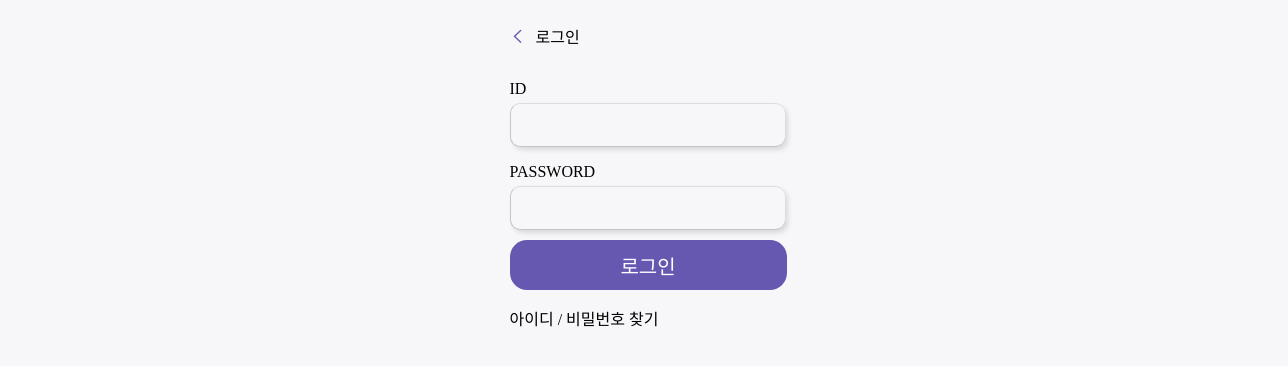
Repository: PEPI-dev/UI
Page: login/login.html
An editor plug-in stored every save of this project. The page is shown before and after the next save, followed by the edit.
The browser window is 1280 px wide. The page is 1288 px wide, then 1280 px, then 1288 px, so the pictures cover 1288 px, including what lies to the right of the window. The pictures show the whole page.
Some web fonts or font styles are not loaded; a fallback is used.

Above is the page before, as saved 2023-12-04 17:07:54.

### login/login.html
<!DOCTYPE html>
<html lang="en">
<head>
    <meta charset="UTF-8">
    <meta name="viewport" content="width=device-width, initial-scale=1.0">
    <title>Login</title>
    <link rel="stylesheet" href="./login.css">
    <link rel ="stylesheet" type="text/css" href="../a_XEIcon-2.2.0/xeicon.min.css">
</head>
<body>

    </div>
    <form action="#">
        <div id="div_back"><i class="xi-angle-left" id="back"></i><p id="txt_login">로그인</p></div>
        <p class="input_form"><label for="ID" class="txt_input">ID</label><input class="field" id="ID"></input></p>
        <p class="input_form"><label for="password" class="txt_input">PASSWORD</label><input class="field" id="password" type="password" ></input></p>
        <button id="login">로그인</button>
        <p class="find_id">아이디 / 비밀번호 찾기</p>
    </form>

</body>
</html>

### login/login.css
@font-face {
    font-family: 'main_font';
    src: url(../a_font/NotoSansKR-VariableFont_wght.ttf);
    font-weight: 500;
}

@font-face {
    font-family: 'sub_font';
    src: url(../a_font/SEBANG/SEBANG\ Gothic.ttf);
}


body {
    width: 100%;
    background-color: #F7F7F9;
    display: flex;
    flex-direction: column;
    align-items: center;
}

.xi-angle-left {
    color: #6658B1;
}

#text_login {
    font-family: 'main_font';
}

#div_back {
    display: flex;
    align-items: center;
    margin-bottom: 10px;
}

#back {
    border: none;
    background: none;
    cursor: pointer;
    margin-right: 10px;
}

.input_form {
    display: flex;
    flex-direction: column;
    align-items: flex-start;
    margin-bottom: 10px;
}

.txt_input {
    margin-bottom: 5px;
}

#login {
    background-color: #6658B1;
    color: white;
    border: 1px solid #E1E1E1;
    font-family: 'main_font';
    font-size: 20px;
    font-weight: 500;
    border-radius: 17px;
    border: 0px;
    width: 277px;
    height: 50px;
}

.field {
    width: 270px;
    height: 40px;
    border-radius: 10px;
    box-shadow: 3px 3px 5px rgba(0, 0, 0, 0.12);
    background-color: #F7F7F9;
    border-width: 0;
    outline: none;
    border: none;
    border-top: 0.2px solid rgba(0, 0, 0, 0.1);
    border-left: 0.5px solid rgba(0, 0, 0, 0.2);
    border-bottom: 0.5px solid rgba(0, 0, 0, 0.2);
}

@media screen and (max-width: 360px) {
    body {
        height: auto;
    }

    #text_login {
        margin-left: 10px;
    }

    #div_back {
        padding: 1px;
        margin-top: 35px;
    }

    .input_form {
        display: flex;
        flex-direction: column;
        align-items: flex-start;
        margin-top: 30px;
        margin-left: 10px;
        width: 291px;
    }

    #login {
        width: 250px;
        height: 50px;
        margin-left: 25px;
    }

    .txt_input {
        margin-bottom: 5px;
    }

    .find_id {
        font-family: 'main_font';
        margin-left: 79px;
    }
}

Loaded but not shown: a_XEIcon-2.2.0/xeicon.min.css (library)

After the next save:
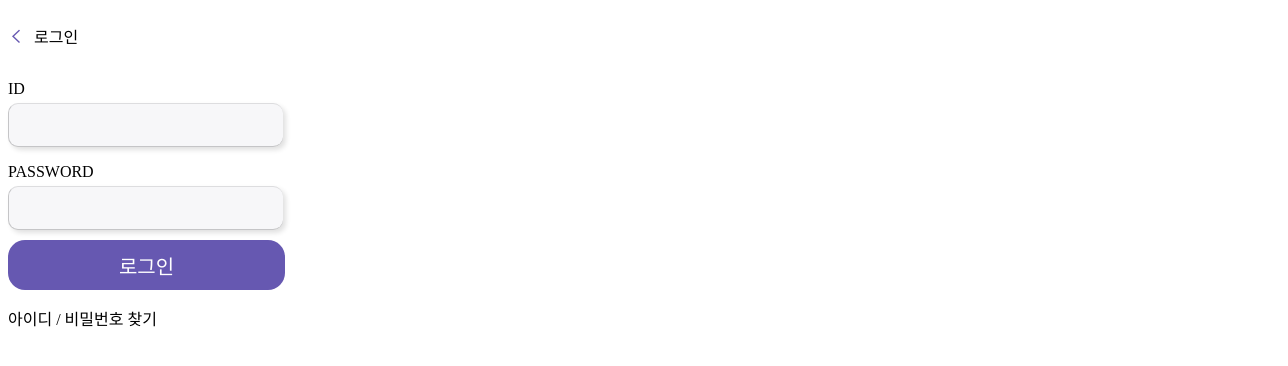
Saved 4 s later.
--- a/login/login.css
+++ b/login/login.css
@@ -9,7 +9,7 @@
     src: url(../a_font/SEBANG/SEBANG\ Gothic.ttf);
 }
 
-
+<!-- 바디 -->
 body {
     width: 100%;
     background-color: #F7F7F9;

After the save that followed:
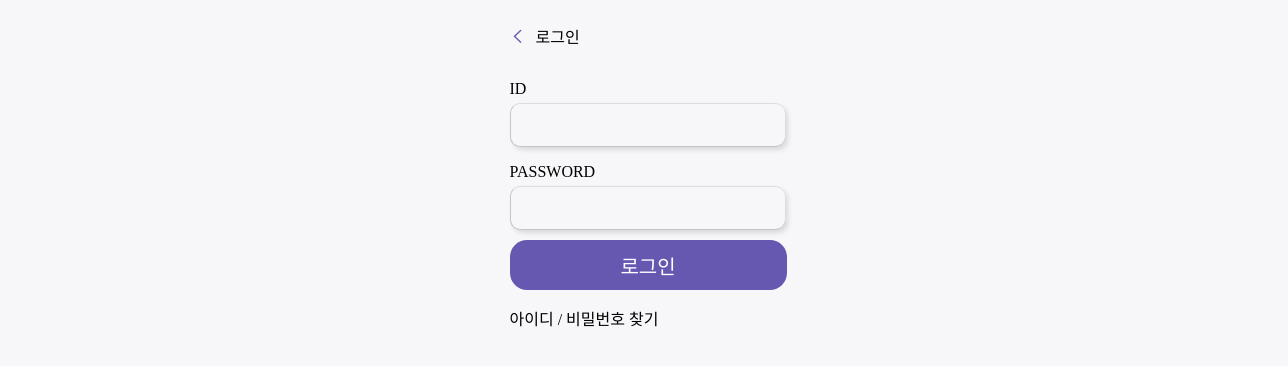
Saved 8 s later.
--- a/login/login.css
+++ b/login/login.css
@@ -9,7 +9,7 @@
     src: url(../a_font/SEBANG/SEBANG\ Gothic.ttf);
 }
 
-<!-- 바디 -->
+/* ㅇㄹㅇ */
 body {
     width: 100%;
     background-color: #F7F7F9;
